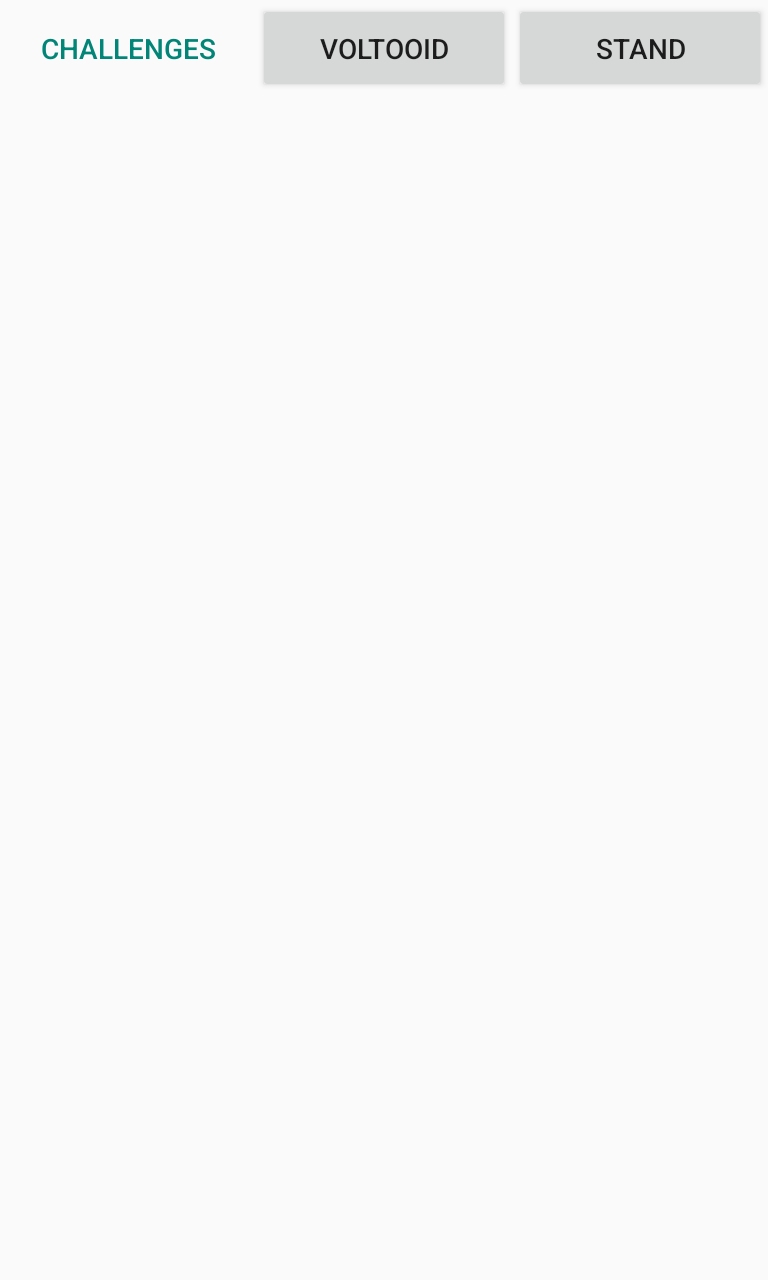
Repository: MarcSelles/BeatYourBucketAndroid
Layout: The_app/BeatYourBucket/res/layout/fragment_challenge_buttons.xml
An editor plug-in stored every save of this project. The layout is shown before and after the next save, followed by the edit.
It is drawn on a 768 x 1280 px phone screen (xhdpi) without system bars, with theme AppTheme; the app's code is not run.

Above is the layout before, as saved 2015-01-27 10:47:16.

### The_app/BeatYourBucket/res/layout/fragment_challenge_buttons.xml
<?xml version="1.0" encoding="utf-8"?>
<RelativeLayout xmlns:android="http://schemas.android.com/apk/res/android"
    android:layout_width="fill_parent"
    android:layout_height="fill_parent" >

    <LinearLayout
        android:id="@+id/tab_upper"
        android:layout_width="match_parent"
        android:layout_height="wrap_content"
        android:layout_alignParentTop="true"
        android:layout_gravity="top"
        android:gravity="center|top"
        android:orientation="horizontal" >

	    <Button
	        android:id="@+id/challenges"
	        android:layout_width="0sp"
	        android:layout_weight="0.3333333"
            android:layout_height="wrap_content"
            android:layout_gravity="center_horizontal|center"
            android:onClick="makeTabs2"
	        android:text="Challenges"
	        style="?android:attr/buttonBarButtonStyle" />

	    <Button
	        android:id="@+id/completed"
	        android:layout_width="0sp"
	        android:layout_weight="0.3333333"
            android:layout_height="wrap_content"
            android:layout_gravity="center_horizontal|center"
            android:onClick="makeTabs2"
	        android:text="Voltooid" />

	    <Button
	        android:id="@+id/score"
	        android:layout_width="0sp"
	        android:layout_weight="0.3333333"
            android:layout_height="wrap_content"
            android:layout_gravity="center_horizontal|center"
            android:onClick="makeTabs2"
	        android:text="Stand" />

	</LinearLayout>

    <LinearLayout
        android:id="@+id/tabcontent2"
        android:layout_width="match_parent"
        android:layout_height="wrap_content"
        android:layout_alignParentBottom="true"
        android:layout_below="@+id/tab_upper"
        android:orientation="vertical" >

    </LinearLayout>

</RelativeLayout>

Loaded but not shown: The_app/BeatYourBucket/res/values/styles.xml (common file); The_app/BeatYourBucket/res/values-v11/styles.xml (common file); The_app/BeatYourBucket/res/values-v14/styles.xml (common file)

After the next save:
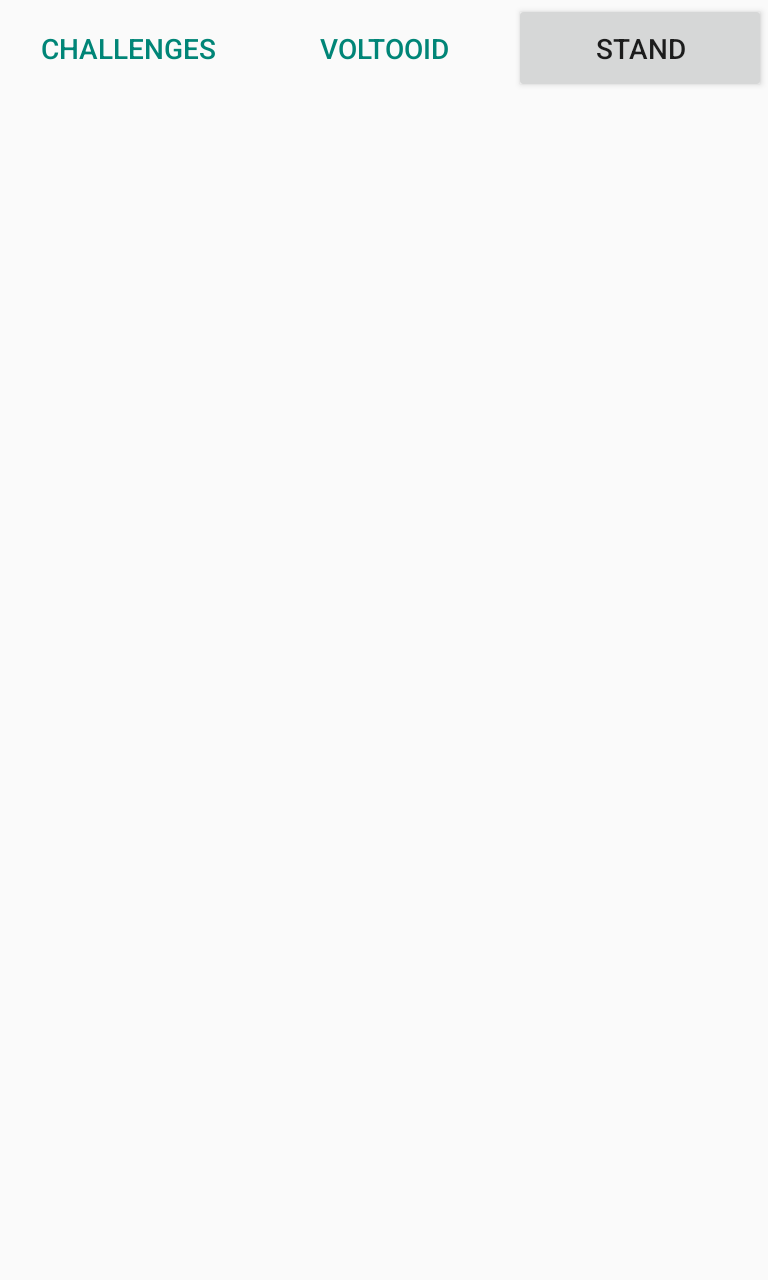
Saved 4 s later.
--- a/The_app/BeatYourBucket/res/layout/fragment_challenge_buttons.xml
+++ b/The_app/BeatYourBucket/res/layout/fragment_challenge_buttons.xml
@@ -20,7 +20,8 @@
             android:layout_gravity="center_horizontal|center"
             android:onClick="makeTabs2"
 	        android:text="Challenges"
-	        style="?android:attr/buttonBarButtonStyle" />
+	        style="?android:attr/buttonBarButtonStyle"
+	         />
 
 	    <Button
 	        android:id="@+id/completed"
@@ -29,7 +30,9 @@
             android:layout_height="wrap_content"
             android:layout_gravity="center_horizontal|center"
             android:onClick="makeTabs2"
-	        android:text="Voltooid" />
+	        android:text="Voltooid"
+	        style="?android:attr/buttonBarButtonStyle"
+	         />
 
 	    <Button
 	        android:id="@+id/score"
